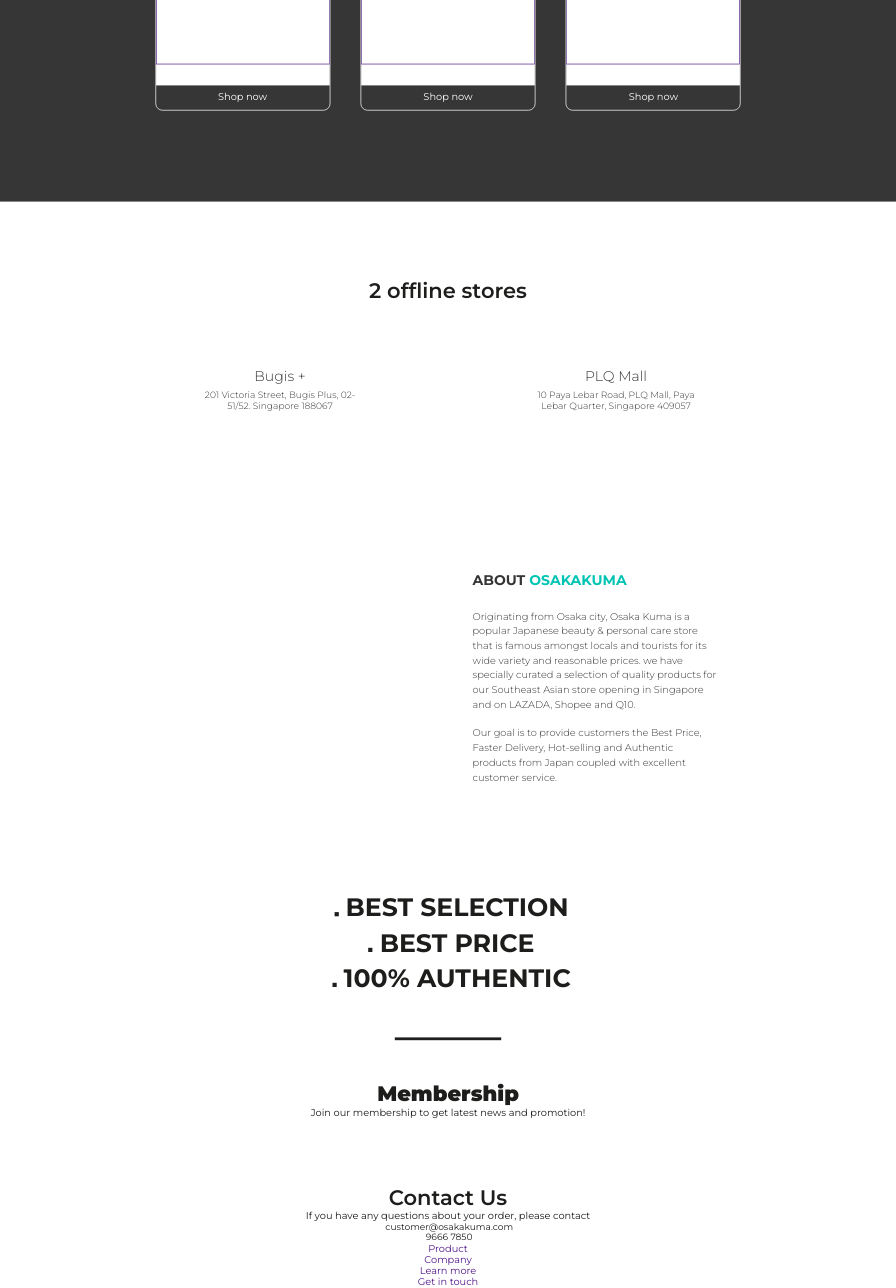
Repository: wendylw/osakakuma-landing
Page: index.html
These files come from the project's save history. The page is drawn as it stood at one moment and after the next save; the edit follows.
The browser window is 1280 px wide. The pictures show the part of the page from y = 1240 to 3160 px (the page is 3080 px tall before and 3160 px after), at 70% of full size.
The style sheet was rebuilt from its Sass, Less or Tailwind sources for each picture, by a compiler version that may differ from the author's.

Above is the page before, as saved 2021-03-04 03:40:34.

After the next save:
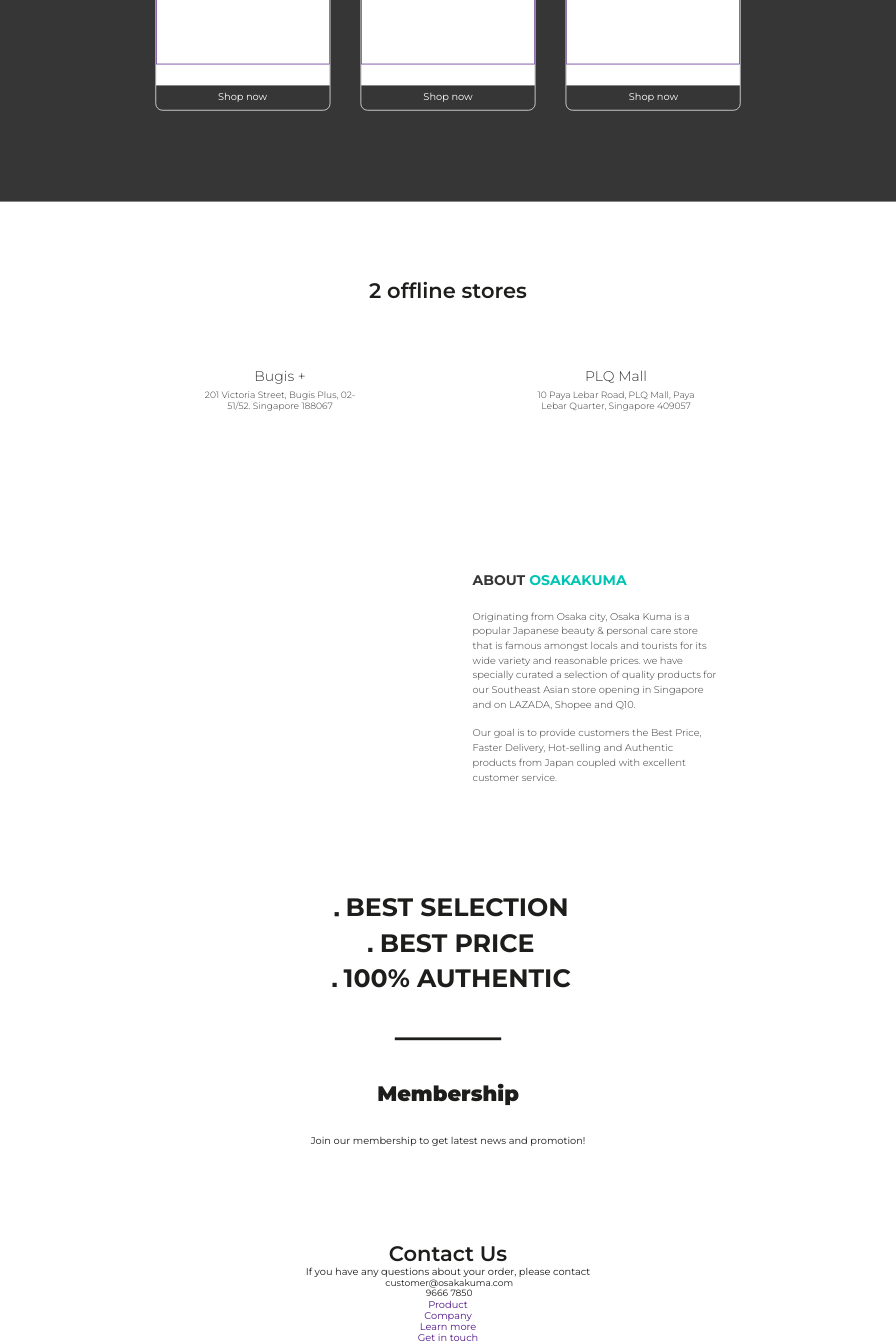
Saved 25 s later.
--- a/index.html
+++ b/index.html
@@ -181,7 +181,7 @@
         </ul>
         <hr class="membership__divider" />
         <h2 class="membership__title">Membership</h2>
-        <p>Join our membership to get latest news and promotion!</p>
+        <p class="membership__description">Join our membership to get latest news and promotion!</p>
         <div>
           <input type="email" name="" id="">
           <button>
